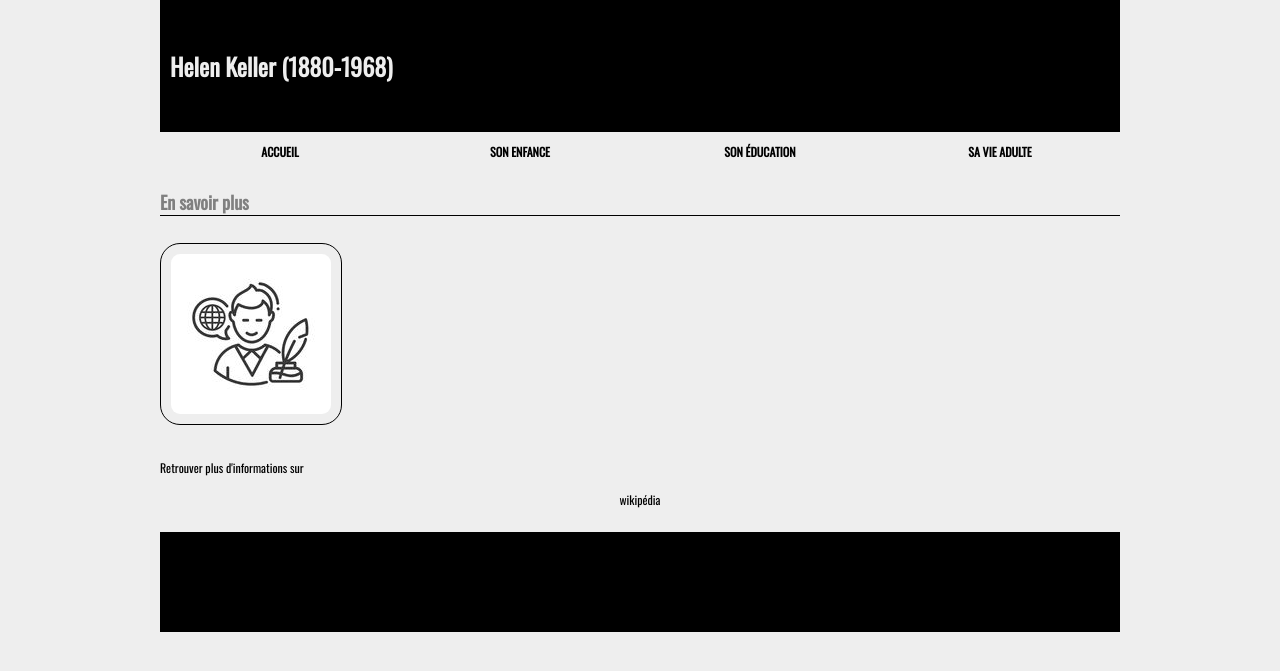
Repository: Luc010/Exercices
Page: HTML CSS/biographie_helen_keller/savoirplus.html
These files come from the project's save history. The page is drawn as it stood at one moment and after the next save; the edit follows.
The browser window is 1280 px wide. The pictures show the whole page.

Above is the page before, as saved 2019-09-04 16:45:10.

After the next save:
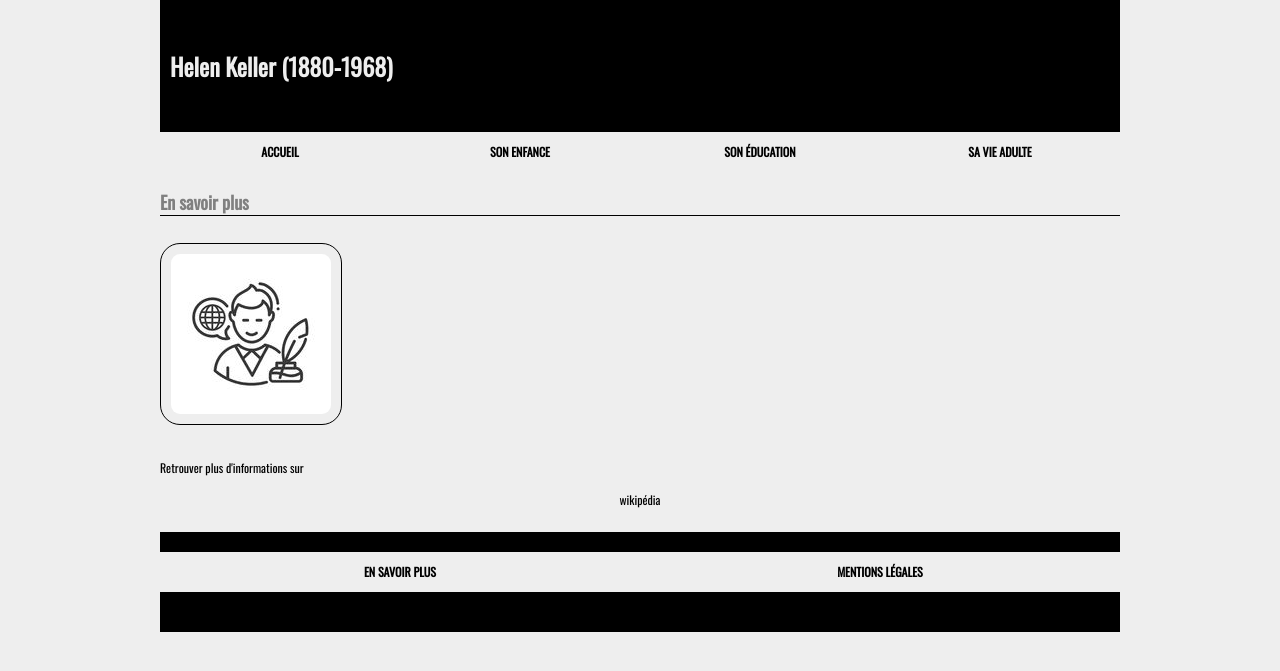
Saved 14 s later.
--- a/HTML CSS/biographie_helen_keller/style.css
+++ b/HTML CSS/biographie_helen_keller/style.css
@@ -78,5 +78,5 @@ a:hover {
     margin-top: 20px;
 }
 .m-foot > a{
-    background-color: black;
+    background-color ;
 }

After the 3 saves that followed:
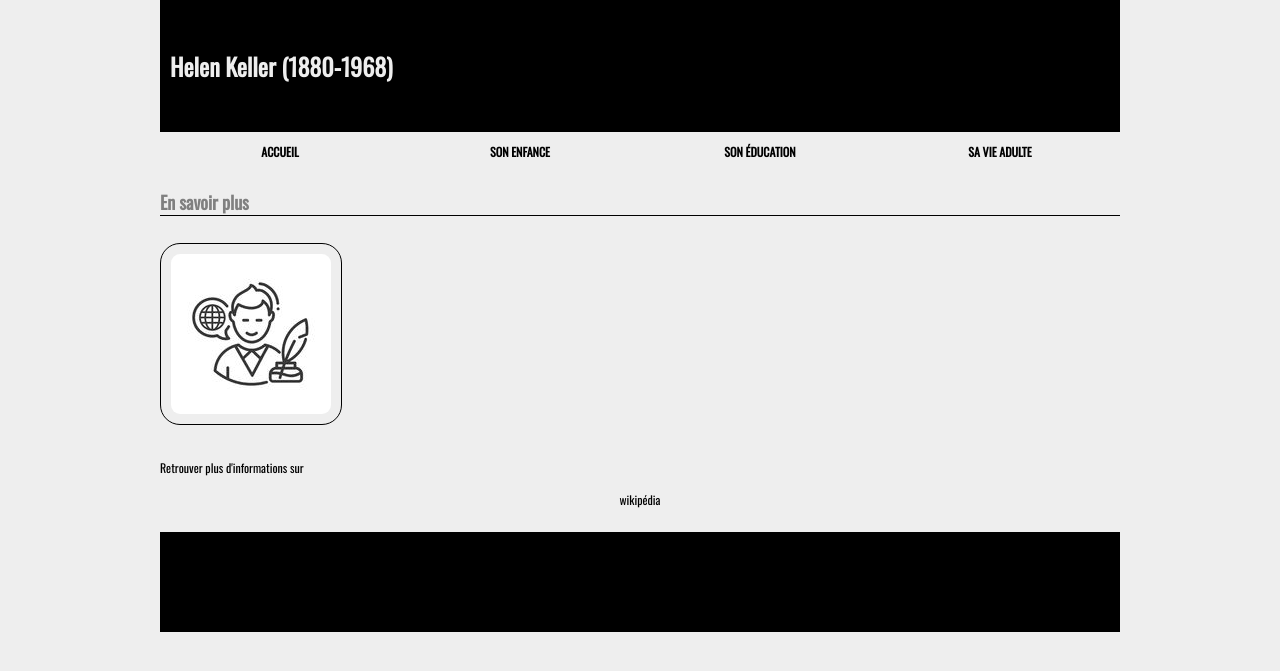
The 3 saves are shown as one change because they came seconds apart.
The last was saved 32 s later.
--- a/HTML CSS/biographie_helen_keller/style.css
+++ b/HTML CSS/biographie_helen_keller/style.css
@@ -78,5 +78,5 @@ a:hover {
     margin-top: 20px;
 }
 .m-foot > a{
-    background-color ;
+    background-color: transparent;
 }
